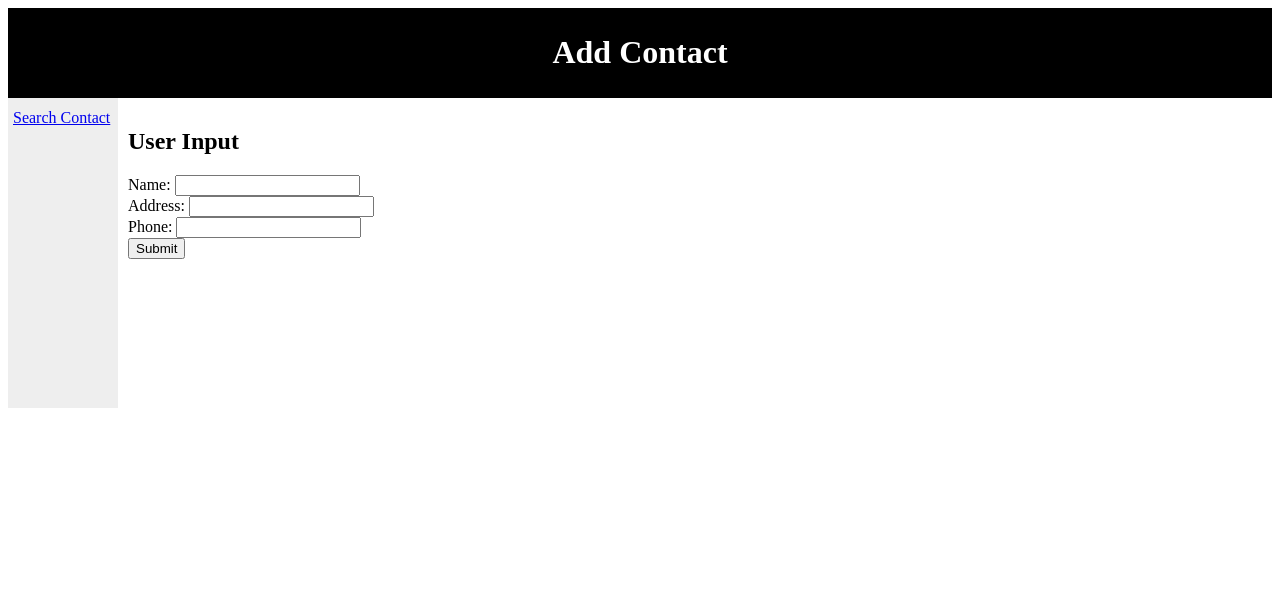
Repository: jonahnathan/techExercise
Page: webproject/src/main/webapp/simpleFormInsert.html
An editor plug-in stored every save of this project. The page is shown before and after the next save, followed by the edit.
The browser window is 1280 px wide. The pictures show the whole page.

Above is the page before, as saved 2024-03-26 21:28:45.

After the next save:
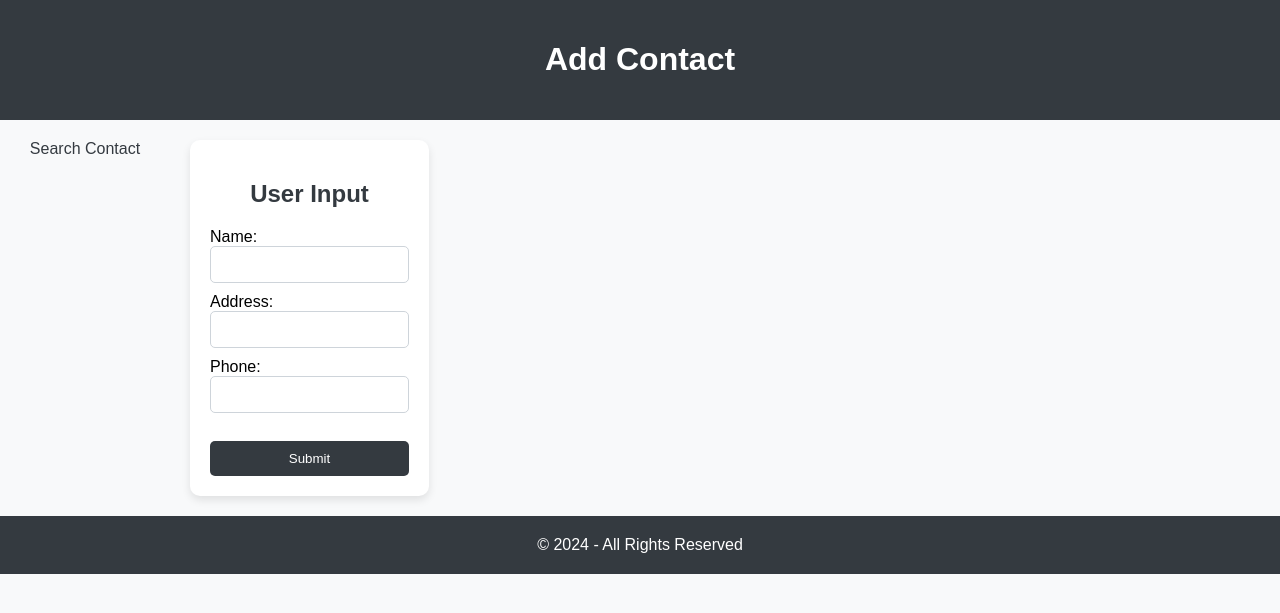
Saved 2 days later.
--- a/webproject/src/main/webapp/simpleFormInsert.html
+++ b/webproject/src/main/webapp/simpleFormInsert.html
@@ -1,56 +1,121 @@
-<html>
+<!DOCTYPE html>
+<html lang="en">
 <head>
-<style>
-header {
-    background-color:black;
-    color:white;
-    text-align:center;
-    padding:5px;
-}
-nav {
-    line-height:30px;
-    background-color:#eeeeee;
-    height:300px;
-    width:100px;
-    float:left;
-    padding:5px;
-}
-section {
-    width:350px;
-    float:left;
-    padding:10px;
-}
-footer {
-    background-color:black;
-    color:white;
-    clear:both;
-    text-align:center;
-    padding:5px;
-}
-</style>
+    <meta charset="UTF-8">
+    <meta name="viewport" content="width=device-width, initial-scale=1.0">
+    <title>Add Contact</title>
+    <style>
+        body {
+            font-family: Arial, sans-serif;
+            margin: 0;
+            padding: 0;
+            background-color: #f8f9fa;
+        }
+
+        header {
+            background-color: #343a40;
+            color: white;
+            text-align: center;
+            padding: 20px;
+        }
+
+        nav {
+            background-color: #f8f9fa;
+            padding: 10px;
+            width: 150px;
+            float: left;
+        }
+
+        nav a {
+            display: block;
+            color: #343a40;
+            text-decoration: none;
+            padding: 10px 0;
+            text-align: center;
+        }
+
+        nav a:hover {
+            background-color: #e9ecef;
+        }
+
+        section {
+            background-color: white;
+            float: left;
+            padding: 20px;
+            margin: 20px;
+            border-radius: 10px;
+            box-shadow: 0 4px 8px 0 rgba(0,0,0,0.1);
+        }
+
+        section h1 {
+            color: #343a40;
+            margin-bottom: 20px;
+            text-align: center;
+        }
+
+        form {
+            max-width: 300px;
+            margin: 0 auto;
+        }
+
+        input[type="text"] {
+            width: 100%;
+            padding: 10px;
+            margin-bottom: 10px;
+            border: 1px solid #ced4da;
+            border-radius: 5px;
+            box-sizing: border-box;
+        }
+
+        input[type="submit"] {
+            width: 100%;
+            padding: 10px;
+            background-color: #343a40;
+            color: white;
+            border: none;
+            border-radius: 5px;
+            cursor: pointer;
+        }
+
+        input[type="submit"]:hover {
+            background-color: #23272b;
+        }
+
+        footer {
+            background-color: #343a40;
+            color: white;
+            clear: both;
+            text-align: center;
+            padding: 20px;
+        }
+    </style>
 </head>
+<body>
 
-<body>
 <header>
-<h1> Add Contact</h1>
+    <h1>Add Contact</h1>
 </header>
 
 <nav>
-<a href="/webproject/simpleFormSearch.html">Search Contact</a> <br>
+    <a href="/webproject/simpleFormSearch.html">Search Contact</a>
 </nav>
 
 <section>
-	<h1>User Input</h1>
+    <h1>User Input</h1>
+    <form action="SimpleFormInsert" method="POST">
+        <label for="name">Name:</label><br>
+        <input type="text" id="name" name="name"><br>
+        <label for="address">Address:</label><br>
+        <input type="text" id="address" name="address"><br>
+        <label for="phone">Phone:</label><br>
+        <input type="text" id="phone" name="phone"><br><br>
+        <input type="submit" value="Submit">
+    </form>
+</section>
 
-	<form action="SimpleFormInsert" method="POST">
+<footer>
+    &copy; 2024 - All Rights Reserved
+</footer>
 
-		Name: <input type="text" name="name"> <br />
-		Address: <input type="text" name="address"> <br />
-		Phone: <input type="text" name="phone"> <br />
-
-		<input type="submit" value="Submit" />
-	</form>
-
-</section>
 </body>
 </html>
